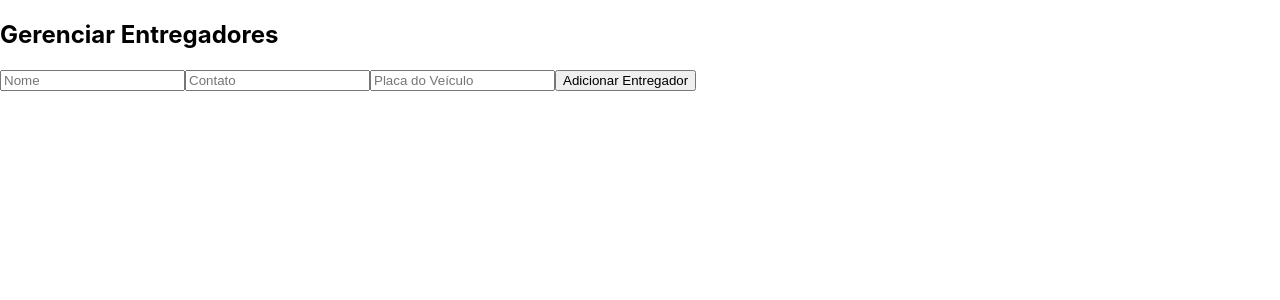
Repository: feliperanon/gestao-entregas
Page: /entregadores (app in frontend/)
These files come from the project's save history. The page is drawn as it stood at one moment and after the next save; the edit follows.
The browser window is 1280 px wide. The pictures show the whole page.
The page's requests for data from a server got no answer. The project was rebuilt for these pictures with package versions that can differ from the ones it lists, and the page was loaded fresh each time. No one was signed in, and anything a server would have sent is missing. Also part of the build but not shown: frontend/src/pages/Clientes.js, frontend/src/pages/History.js, frontend/src/pages/Login.js, frontend/src/pages/Analise.js, frontend/src/pages/Dashboard.js.

Above is the page before, as saved 2024-06-30 07:57:27.

After the next save:
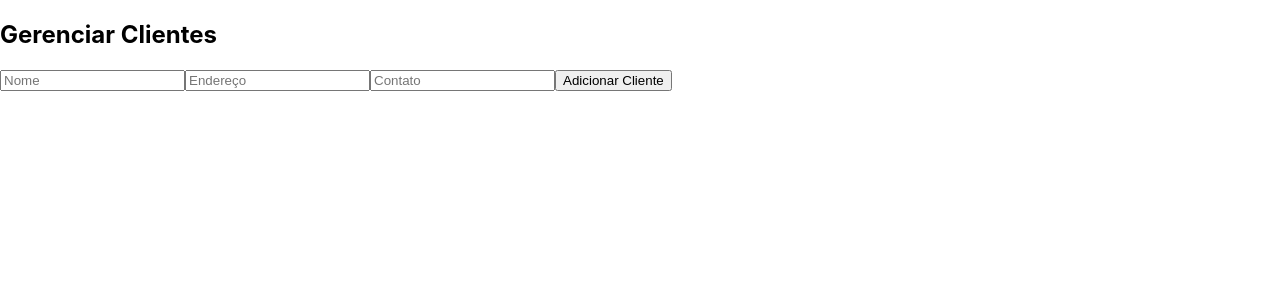
Saved 2 min 8 s later.
--- a/frontend/src/pages/Entregadores.js
+++ b/frontend/src/pages/Entregadores.js
@@ -1,23 +1,23 @@
 import React, { useState, useEffect } from 'react';
 import api from '../services/api';
 
-const Entregadores = () => {
-  const [entregadores, setEntregadores] = useState([]);
-  const [form, setForm] = useState({ nome: '', contato: '', placaVeiculo: '' });
+const Clientes = () => {
+  const [clientes, setClientes] = useState([]);
+  const [form, setForm] = useState({ nome: '', endereco: '', contato: '' });
 
   useEffect(() => {
-    const fetchEntregadores = async () => {
+    const fetchClientes = async () => {
       try {
         const token = localStorage.getItem('token');
-        const response = await api.get('/entregadores', {
+        const response = await api.get('/clientes', {
           headers: { Authorization: `Bearer ${token}` }
         });
-        setEntregadores(response.data);
+        setClientes(response.data);
       } catch (error) {
-        console.error('Error fetching entregadores:', error);
+        console.error('Error fetching clientes:', error);
       }
     };
-    fetchEntregadores();
+    fetchClientes();
   }, []);
 
   const handleChange = (e) => {
@@ -28,29 +28,29 @@
     e.preventDefault();
     try {
       const token = localStorage.getItem('token');
-      const response = await api.post('/entregadores', form, {
+      const response = await api.post('/clientes', form, {
         headers: { Authorization: `Bearer ${token}` }
       });
-      setEntregadores([...entregadores, response.data]);
-      setForm({ nome: '', contato: '', placaVeiculo: '' });
+      setClientes([...clientes, response.data]);
+      setForm({ nome: '', endereco: '', contato: '' });
     } catch (error) {
-      console.error('Error adding entregador:', error);
+      console.error('Error adding cliente:', error);
     }
   };
 
   return (
     <div>
-      <h2>Gerenciar Entregadores</h2>
+      <h2>Gerenciar Clientes</h2>
       <form onSubmit={handleSubmit}>
         <input name="nome" value={form.nome} onChange={handleChange} placeholder="Nome" required />
+        <input name="endereco" value={form.endereco} onChange={handleChange} placeholder="Endereço" required />
         <input name="contato" value={form.contato} onChange={handleChange} placeholder="Contato" required />
-        <input name="placaVeiculo" value={form.placaVeiculo} onChange={handleChange} placeholder="Placa do Veículo" required />
-        <button type="submit">Adicionar Entregador</button>
+        <button type="submit">Adicionar Cliente</button>
       </form>
       <ul>
-        {entregadores.map((entregador) => (
-          <li key={entregador._id}>
-            {entregador.nome} - {entregador.contato} - {entregador.placaVeiculo}
+        {clientes.map((cliente) => (
+          <li key={cliente._id}>
+            {cliente.nome} - {cliente.endereco} - {cliente.contato}
           </li>
         ))}
       </ul>
@@ -58,4 +58,4 @@
   );
 };
 
-export default Entregadores;
+export default Clientes;

After the save that followed:
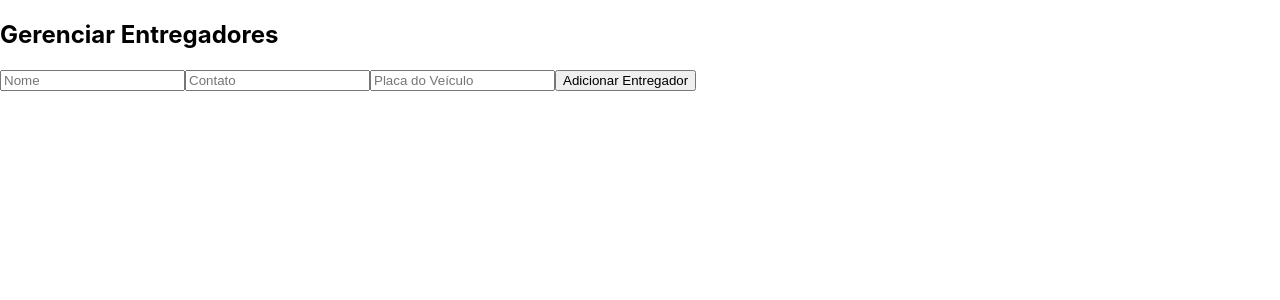
Saved 14 s later.
--- a/frontend/src/pages/Entregadores.js
+++ b/frontend/src/pages/Entregadores.js
@@ -1,23 +1,23 @@
 import React, { useState, useEffect } from 'react';
 import api from '../services/api';
 
-const Clientes = () => {
-  const [clientes, setClientes] = useState([]);
-  const [form, setForm] = useState({ nome: '', endereco: '', contato: '' });
+const Entregadores = () => {
+  const [entregadores, setEntregadores] = useState([]);
+  const [form, setForm] = useState({ nome: '', contato: '', placaVeiculo: '' });
 
   useEffect(() => {
-    const fetchClientes = async () => {
+    const fetchEntregadores = async () => {
       try {
         const token = localStorage.getItem('token');
-        const response = await api.get('/clientes', {
+        const response = await api.get('/entregadores', {
           headers: { Authorization: `Bearer ${token}` }
         });
-        setClientes(response.data);
+        setEntregadores(response.data);
       } catch (error) {
-        console.error('Error fetching clientes:', error);
+        console.error('Error fetching entregadores:', error);
       }
     };
-    fetchClientes();
+    fetchEntregadores();
   }, []);
 
   const handleChange = (e) => {
@@ -28,29 +28,29 @@
     e.preventDefault();
     try {
       const token = localStorage.getItem('token');
-      const response = await api.post('/clientes', form, {
+      const response = await api.post('/entregadores', form, {
         headers: { Authorization: `Bearer ${token}` }
       });
-      setClientes([...clientes, response.data]);
-      setForm({ nome: '', endereco: '', contato: '' });
+      setEntregadores([...entregadores, response.data]);
+      setForm({ nome: '', contato: '', placaVeiculo: '' });
     } catch (error) {
-      console.error('Error adding cliente:', error);
+      console.error('Error adding entregador:', error);
     }
   };
 
   return (
     <div>
-      <h2>Gerenciar Clientes</h2>
+      <h2>Gerenciar Entregadores</h2>
       <form onSubmit={handleSubmit}>
         <input name="nome" value={form.nome} onChange={handleChange} placeholder="Nome" required />
-        <input name="endereco" value={form.endereco} onChange={handleChange} placeholder="Endereço" required />
-        <input name="contato" value={form.contato} onChange={handleChange} placeholder="Contato" required />
-        <button type="submit">Adicionar Cliente</button>
+        <input name="contato" value={form.contato} onChange={handleChange} placeholder="Contato" />
+        <input name="placaVeiculo" value={form.placaVeiculo} onChange={handleChange} placeholder="Placa do Veículo" />
+        <button type="submit">Adicionar Entregador</button>
       </form>
       <ul>
-        {clientes.map((cliente) => (
-          <li key={cliente._id}>
-            {cliente.nome} - {cliente.endereco} - {cliente.contato}
+        {entregadores.map((entregador) => (
+          <li key={entregador._id}>
+            {entregador.nome} - {entregador.contato} - {entregador.placaVeiculo}
           </li>
         ))}
       </ul>
@@ -58,4 +58,4 @@
   );
 };
 
-export default Clientes;
+export default Entregadores;
